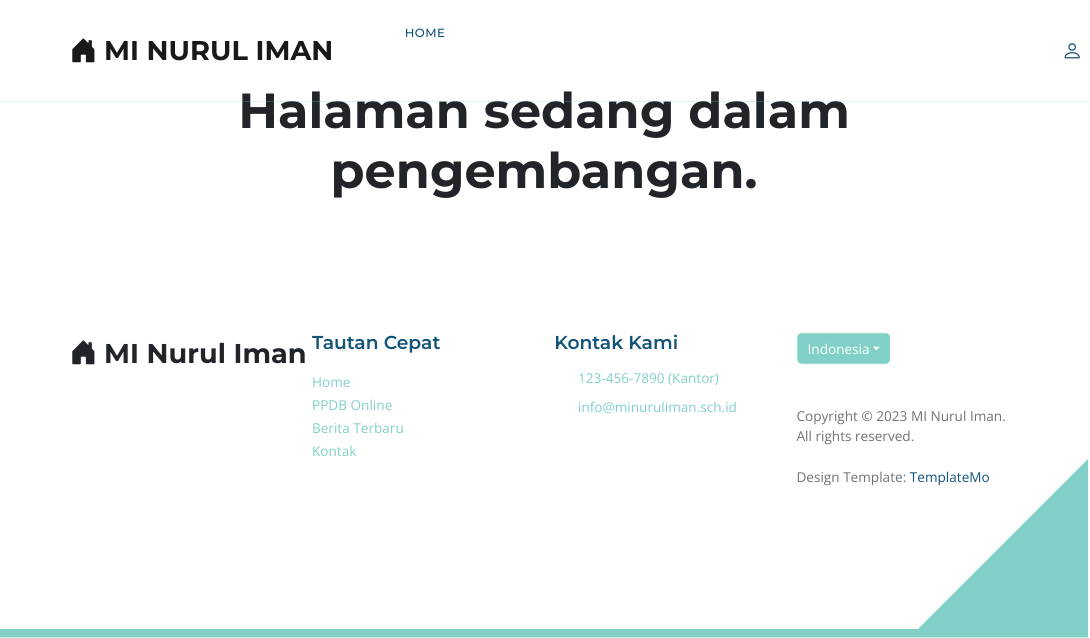
Repository: MKennyChaniago/sekolah-mi-nurul-iman
Page: http://localhost/profil/struktur-organisasi
The author's editor kept a copy of each file at every save. The page is drawn from the files as they stood at one save, then again after the next save.
The browser window is 1280 px wide. The page is 1282 px wide, so the pictures cover 1282 px, including what lies to the right of the window. The pictures show the whole page, at 85% of full size.
The page is served by the project's Laravel application, run on PHP 8.4 with Laravel 12.

Above is the page before, as saved 2025-11-24 08:48:01.
Console error: TypeError: Cannot read properties of undefined (reading 'top')

After the next save:
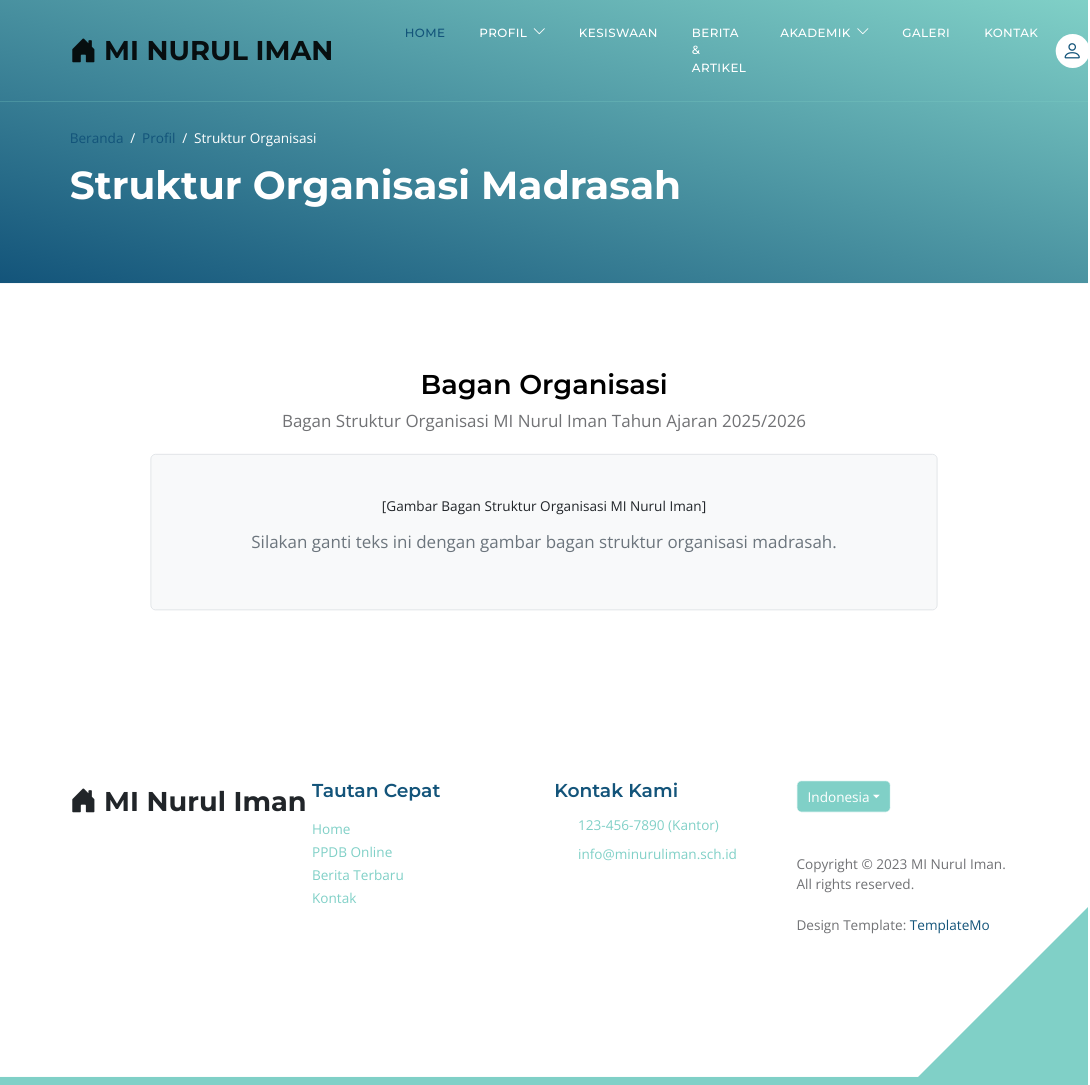
Saved 8 s later.
--- a/resources/views/profil/struktur.blade.php
+++ b/resources/views/profil/struktur.blade.php
@@ -1,7 +1,38 @@
 @extends('layouts.frontend')
-@section('title', 'Nama Halaman Disini')
+
+@section('title', 'Struktur Organisasi')
+
 @section('content')
-    <div class="container py-5 mt-5">
-        <h1 class="text-center">Halaman sedang dalam pengembangan.</h1>
-    </div>
+    <header class="site-header d-flex flex-column justify-content-center align-items-center">
+        <div class="container">
+            <div class="row align-items-center">
+                <div class="col-lg-8 col-12">
+                    <nav aria-label="breadcrumb">
+                        <ol class="breadcrumb">
+                            <li class="breadcrumb-item"><a href="{{ route('home') }}">Beranda</a></li>
+                            <li class="breadcrumb-item"><a href="#">Profil</a></li>
+                            <li class="breadcrumb-item active" aria-current="page">Struktur Organisasi</li>
+                        </ol>
+                    </nav>
+                    <h2 class="text-white">Struktur Organisasi Madrasah</h2>
+                </div>
+            </div>
+        </div>
+    </header>
+
+    <section class="section-padding">
+        <div class="container">
+            <div class="row">
+                <div class="col-lg-10 col-12 mx-auto text-center">
+                    <h3>Bagan Organisasi</h3>
+                    <p>Bagan Struktur Organisasi MI Nurul Iman Tahun Ajaran 2025/2026</p>
+
+                    <div class="mt-4 p-5 border rounded bg-light">
+                        [Gambar Bagan Struktur Organisasi MI Nurul Iman]
+                        <p class="mt-3 text-muted">Silakan ganti teks ini dengan gambar bagan struktur organisasi madrasah.</p>
+                    </div>
+                </div>
+            </div>
+        </div>
+    </section>
 @endsection
